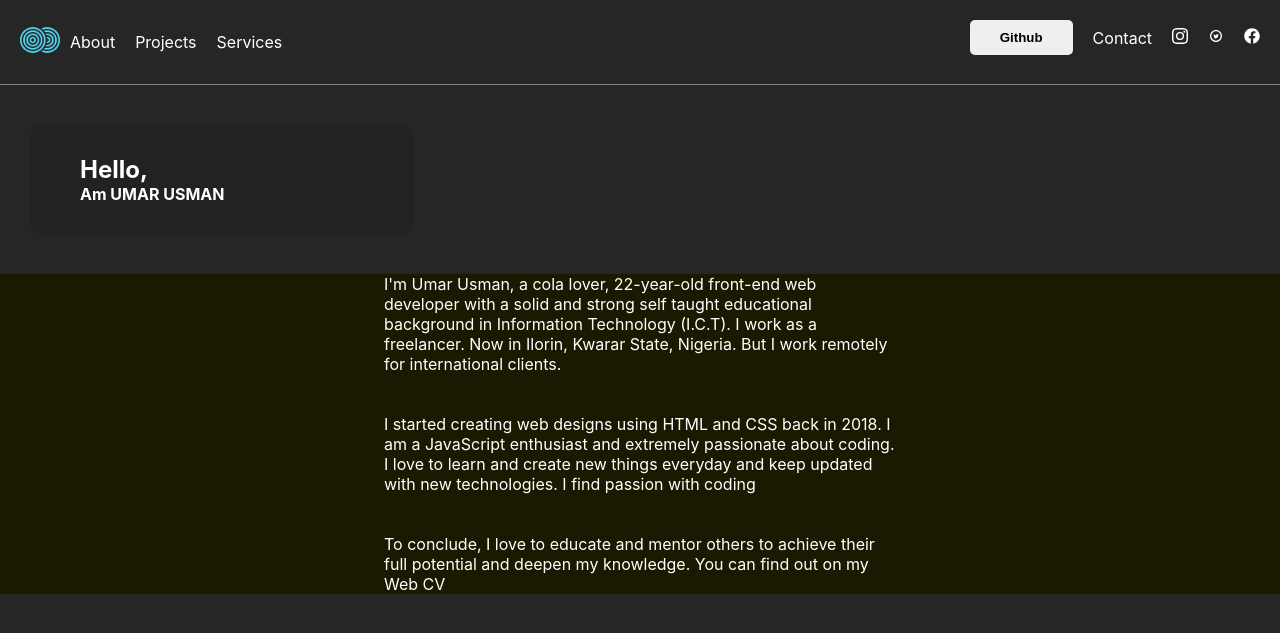
Repository: uh-sman/Portfolio
Page: /
The author's editor kept a copy of each file at every save. The page is drawn from the files as they stood at one save, then again after the next save.
The browser window is 1280 px wide. The pictures show the whole page.
The project was rebuilt for these pictures with package versions that can differ from the ones it lists, and the page was loaded fresh each time. Also part of the build but not shown: src/components/repositories.css, src/components/repositories.js, src/components/RepositoriesCard.jsx, src/components/projects.css, src/components/Projects.jsx, src/components/Services.jsx.

Above is the page before, as saved 2022-11-19 00:08:48.

### src/index.js
import React from "react";
import ReactDOM from "react-dom/client";
import { BrowserRouter } from "react-router-dom";
import "./index.css";
import App from "./App";

const root = ReactDOM.createRoot(document.getElementById("root"));
root.render(
  <BrowserRouter>
    <React.StrictMode>
      <App />
    </React.StrictMode>
  </BrowserRouter>
);

### src/App.js
import "./App.css";
import { Index } from "./components/index";
import { Route, Routes } from "react-router-dom";
import About from "./components/About";
import "animate.css";
import Projects from "./components/Projects";
import Services from "./components/Services";
// import Services from "./components/Services";
function App() {
  return (
    <div className="App">
      <Index />
      <Routes>
        <Route path="/" element={<About />} />
        <Route path="/projects" element={<Projects />} />
        <Route path="/services" element={<Services />} />
      </Routes>
    </div>
  );
}

export default App;

### src/App.css
* {
  margin: 0px;
  padding: 0px;
  box-sizing: border-box;
  text-decoration: none;
  list-style: none;
}
body {
  /* background: rgb(2, 0, 36);
  background: linear-gradient(
    90deg,
    rgba(2, 0, 36, 1) 0%,
    rgba(4, 14, 33, 1) 90%,
    rgba(5, 52, 61, 1) 100%
  ); */
  background: #262626;
}

### src/components/index.js
import React from "react";
import { Navbar } from "./Navbar";
import { Route, Routes } from "react-router-dom";
export const Index = () => {
  return (
    <div>
      <Navbar />
    </div>
  );
};

### src/components/About.jsx
import React from "react";
import monitor from "../assets/monitor.png";
import "./about.css";
import RepositoriesCard from "./RepositoriesCard";
const About = () => {
  return (
    <div>
      <div className="about">
        <div className="introduction">
          <h2>Hello,</h2>
          <h4>Am UMAR USMAN</h4>
        </div>
        <div className="about-myself">
          <p className="text">
            I'm Umar Usman, a cola lover, 22-year-old front-end web developer
            with a solid and strong self taught educational background in
            Information Technology (I.C.T). I work as a freelancer. Now in
            Ilorin, Kwarar State, Nigeria. But I work remotely for international
            clients.
          </p>
          <p className="text">
            I started creating web designs using HTML and CSS back in 2018. I am
            a JavaScript enthusiast and extremely passionate about coding. I
            love to learn and create new things everyday and keep updated with
            new technologies. I find passion with coding
          </p>
          <p className="text">
            To conclude, I love to educate and mentor others to achieve their
            full potential and deepen my knowledge. You can find out on my{" "}
            <a>Web CV</a>
          </p>
        </div>
      </div>
    </div>
  );
};

export default About;

### src/components/Navbar.jsx
import React, { useState } from "react";
import { Link } from "react-router-dom";
import logo from "../assets/ico.png";
import "./navbar.css";
import { Profile } from "./Profile";
export const Navbar = () => {
  const [active, isActive] = useState(false);
  // Get the container element
  // const activeLink = document.querySelector("nav-list");
  // const style = {
  //   backgroundColor: "red",
  //   width: "100%",
  //   height: "100%",
  // };
  // Get all buttons with class="btn" inside the container
  // const btnActive = activeLink.getElementsByClassName("btn");
  // Loop through the buttons and add the active class to the current/clicked button
  // for (var i = 0; i < btnActive.length; i++) {
  //   btnActive[i].addEventListener("click", function () {
  //     var currentMode = document.getElementsByClassName("active");
  //     currentMode[0].className = currentMode[0].className.replace("active", "");
  //     this.className += "active";
  //   });
  // }
  // activeLink.addEventListener()
  return (
    <div>
      <nav className="navbar-container">
        <div className="navbar">
          <div className="navbar-nav">
            <div>
              <a>
                <img src={logo} className="logo" />
              </a>
            </div>
            <ul className="nav-list">
              <Link to="/">
                <a href="">About</a>
              </Link>
              <Link to="/projects">
                <a href="">Projects</a>
              </Link>
              <Link to="/services" className="btn">
                <a href="">Services</a>
              </Link>
            </ul>
          </div>
          <div>
            <Profile />
          </div>
        </div>
      </nav>
    </div>
  );
};

### src/components/about.css
.about {
  color: white;
}
.introduction {
  margin: 40px 30px;
  color: white;
  border-radius: 12px;
  display: flex;
  flex-direction: column;
  width: 30%;
  background: #222222;
  padding: 30px 50px;
}
.about-myself {
  background-color: #1a1a00;
  display: flex;
  margin: auto;
  align-items: center;
  justify-content: center;
  flex-direction: column;
  gap: 40px;
}
.text {
  width: 40%;
}
.computer-image {
  width: 20px;
  height: 20px;
}

### src/components/navbar.css
.nav-list {
  display: flex;
  align-items: center;
  gap: 20px;
}
.nav-list a {
  color: white;
}
.navbar {
  margin: 20px 20px;
  display: flex;
  justify-content: space-between;
}
.navbar-nav {
  display: flex;
  gap: 10px;
}
.logo {
  width: 40px;
  height: 40px;
  color: white;
}
.navbar-container {
  border-bottom: 0.5px solid gray;
}
/* .btn {
  border: transparent;
  outline: none;
  background: rgba(2, 0, 36, 1) 0%;
} */
/* .active, */
/* .btnSelect:hover {
  border: none;
  border-bottom: 1px solid lightblue;
  cursor: pointer;
} */

@media only screen and (min-width: 200px) and (max-width: 950px) {
  .nav-list {
    display: none;
  }
}

### src/components/Profile.js
import React, { useState } from "react";
import { SiFacebook } from "react-icons/si";
import { FaWhatsapp, FaFacebook, FaRegWindowClose } from "react-icons/fa";
import { TiSocialTwitterCircular } from "react-icons/ti";
import { Link } from "react-router-dom";
import { BsInstagram } from "react-icons/bs";
import burger from "../assets/burger-menu.png";
import close from "../assets/icons8.png";

import "animate.css";
import "./profile.css";
export const Profile = () => {
  const [isActive, setIsActive] = useState(false);

  return (
    <div>
      <div>
        <section className="profile-section ">
          <button className="button">
            <a>Github</a>
          </button>
          <a>Contact</a>
          <a>
            <BsInstagram />
          </a>
          <a>
            <TiSocialTwitterCircular />
          </a>
          <a>
            <FaFacebook />
          </a>
        </section>
        {isActive ? (
          <div className="sidebar-container">
            <div>
              <FaRegWindowClose
                className="close"
                onClick={() => setIsActive(!isActive)}
              />
              {/* <img src={close} /> */}
            </div>
            <section className="sidebar-section ">
              <ul className="links">
                <Link to="/">
                  <a href="">About</a>
                </Link>
                <Link to="/projects">
                  <a href="">Projects</a>
                </Link>
                <Link to="/services">
                  <a href="">Services</a>
                </Link>
                <button className="button">
                  <a className="link">Github</a>
                </button>
                <a>Contact</a>
              </ul>
              <ul className="link-icons">
                <a>
                  <BsInstagram className="instagram" />
                </a>
                <a>
                  <TiSocialTwitterCircular className="twitter" />
                </a>
                <a>
                  <FaFacebook className="facebook" />
                </a>
              </ul>
            </section>
          </div>
        ) : (
          <div>
            <img
              src={burger}
              className="burger-menu"
              onClick={() => setIsActive(!isActive)}
            />
          </div>
        )}
      </div>
    </div>
  );
};

### src/components/profile.css
.profile-section {
  display: flex;
  gap: 20px;
  align-items: center;
  color: white;
}
.links {
  display: flex;
  flex-direction: column;
  /* display: flex; */
  align-items: center;
  gap: 20px;
}
.links a {
  color: white;
}
.sidebar-container {
  display: inline-block;
  /* margin: 0 0.5rem; */
  animation: slideInRight 2s;
  /* animation-duration: 2s; */

  height: 100%;
  width: 40%;
  top: 0px;
  right: 0px;
  background-color: #222222;
  position: absolute;
}
.burger-menu {
  width: 30px;
  height: 30px;
}
.close {
  color: white;
  width: 30px;
  height: 30px;
}
.button {
  padding: 10px 30px;
  box-shadow: gray;
  border: none;
  font-weight: 700;
  border-radius: 5px;
}
.button a {
  color: black;
}
.link-icons {
  margin-top: 20px;
  display: flex;
  align-items: center;
  gap: 10px;
}
.instagram {
  font-size: 20px;
}
.facebook {
  font-size: 20px;
}
.twitter {
  font-size: 30px;
}

@media only screen and (min-width: 200px) and (max-width: 950px) {
  .profile-section {
    display: none;
  }
}
@media only screen and (min-width: 950px) {
  .burger-menu {
    display: none;
  }
}
.sidebar-section {
  margin-top: 40%;
  justify-content: center;
  display: flex;
  flex-direction: column;
  align-items: center;
  color: white;
}
/* animate__slideInRight */

Loaded but not shown: public/index.html (common file); src/index.css (common file)

After the next save:
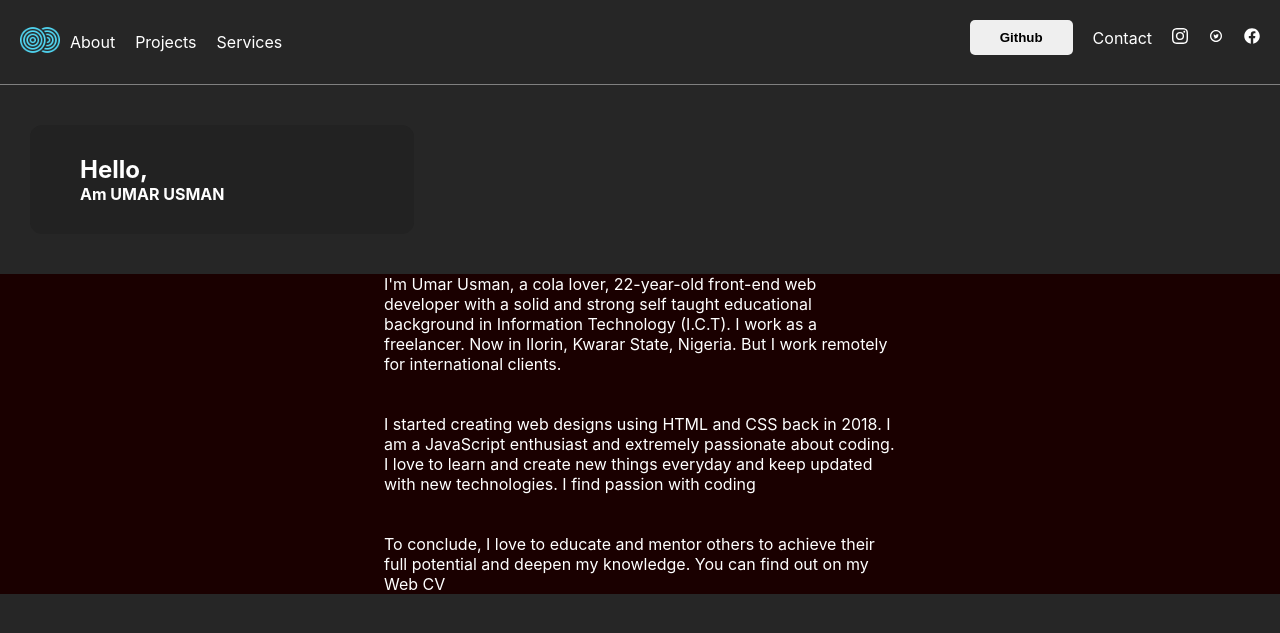
Saved 27 s later.
--- a/src/components/about.css
+++ b/src/components/about.css
@@ -12,7 +12,7 @@
   padding: 30px 50px;
 }
 .about-myself {
-  background-color: #1a1a00;
+  background-color: #1a0000;
   display: flex;
   margin: auto;
   align-items: center;
